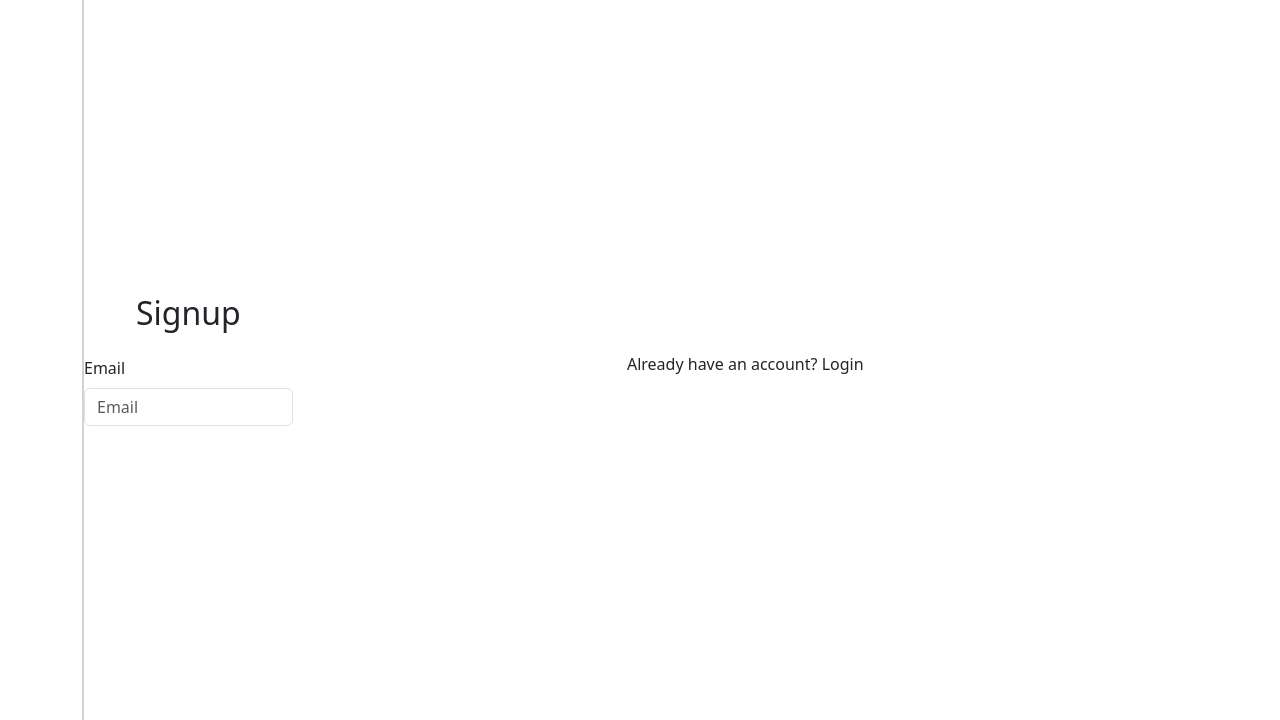
Repository: NDISHAW/kibagareacademycenter
Page: / (app in news/)
An editor plug-in stored every save of this project. The page is shown before and after a run of saves, followed by the edit.
The browser window is 1280 px wide. The pictures show the whole page.
The project was rebuilt for these pictures with package versions that can differ from the ones it lists, and the page was loaded fresh each time.

Above is the page before, as saved 2022-05-29 14:11:34.

### news/src/index.js
import React from 'react';
import ReactDOM from 'react-dom/client';
import './index.css';
import App from './Components/App';
import 'bootstrap/dist/css/bootstrap.min.css';


const root = ReactDOM.createRoot(document.getElementById('root'));
root.render(
  <React.StrictMode>
    <App />
  </React.StrictMode>
);

### news/src/Components/App.js
import React from "react";
import { Container } from "react-bootstrap";
import Signup from "./Signup";

function App() {
  return (
    <Container
      className="d-flex align-items-center justify-content-center"
      style={{ minHeight: "100vh" }}
    >
      <Signup/>

    </Container>
  );
}

export default App;

### news/src/Components/Signup.js
import React,{useRef} from 'react';
import { Card, Form } from "react-bootstrap";

function Signup() {
    const emailRef = useRef();
    const passwordRef = useRef();
    const passwordConfirmRef = useRef();


  return (
    <>
      <Card className="d-flex align-items-center justify-content-center" style={{ minHeight: "100vh" }}></Card>
        <Card.Body>
        <h2 className='text-center mb-4'>
            Signup
        </h2>
        <form>
            <Form.Group id="email">
                <Form.Label>Email</Form.Label>
                <Form.Control type="email" placeholder="Email" ref={emailRef} required />
            </Form.Group>
        </form>
        </Card.Body>
      <div className="w-100 text-center mt-2">
        Already have an account? Login
      </div>
    </>
  )
}
export default Signup;

Loaded but not shown: news/public/index.html (common file); news/src/index.css (common file)

After the next 5 saves:
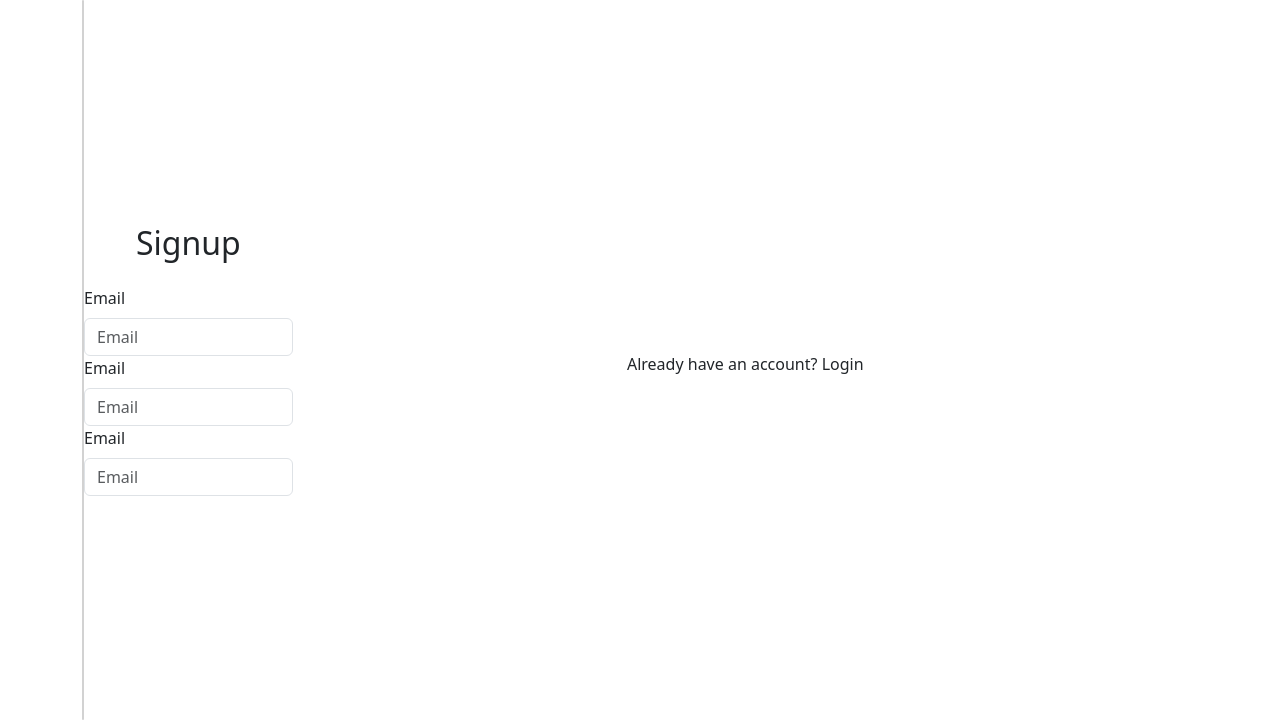
The 5 saves are shown as one change because they came seconds apart.
The last was saved 32 s later.
--- a/news/src/Components/Signup.js
+++ b/news/src/Components/Signup.js
@@ -19,6 +19,14 @@ function Signup() {
                 <Form.Label>Email</Form.Label>
                 <Form.Control type="email" placeholder="Email" ref={emailRef} required />
             </Form.Group>
+            <Form.Group id="email">
+                <Form.Label>Email</Form.Label>
+                <Form.Control type="email" placeholder="Email" ref={emailRef} required />
+            </Form.Group>
+            <Form.Group id="email">
+                <Form.Label>Email</Form.Label>
+                <Form.Control type="email" placeholder="Email" ref={emailRef} required />
+            </Form.Group>
         </form>
         </Card.Body>
       <div className="w-100 text-center mt-2">
